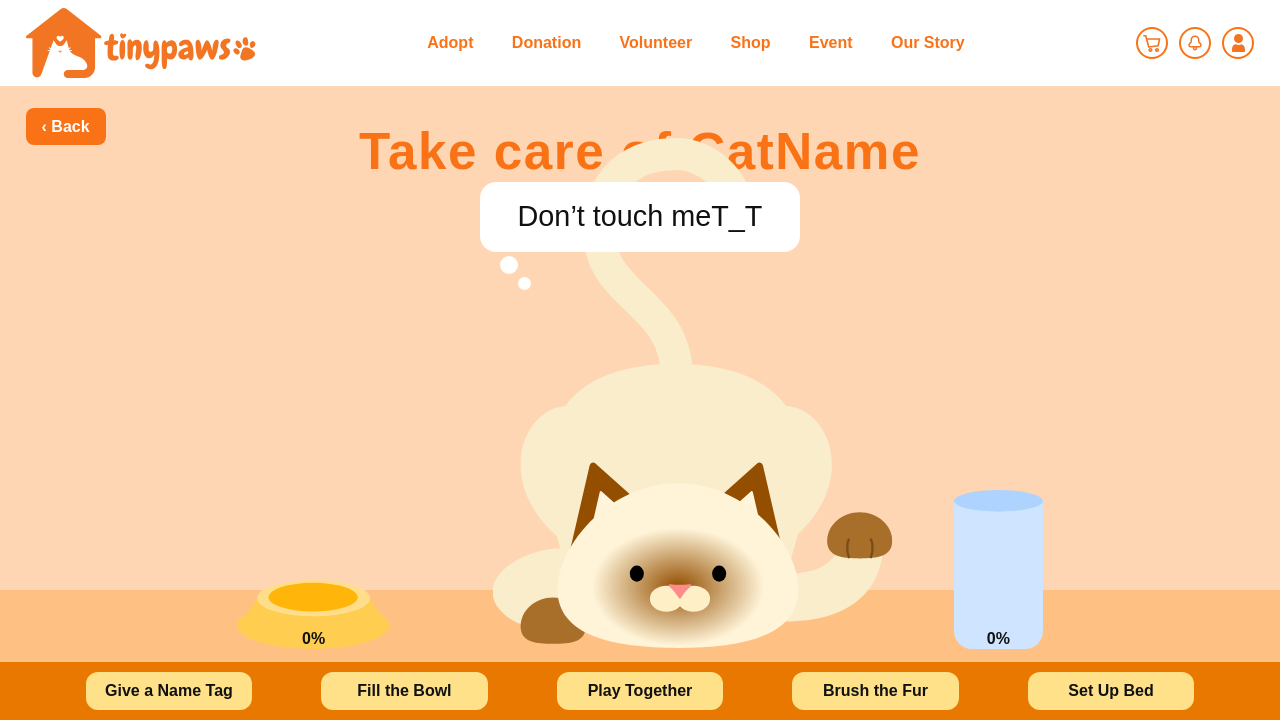
Repository: LShuyanLi/TinyPaws
Page: /, after clicking the first element matching `div > div`
These files come from the project's save history. The page is drawn as it stood at one moment and after a run of saves; the edit follows.
The browser window is 1280 px wide. The pictures show the whole page.
The project was rebuilt for these pictures with package versions that can differ from the ones it lists, and the page was loaded fresh each time. The framework's server and built-in components were replaced by stand-ins that run in the browser. Also part of the build but not shown: next.config.mjs.

Above is the page before, as saved 2026-05-09 23:49:49.

After the next 2 saves:
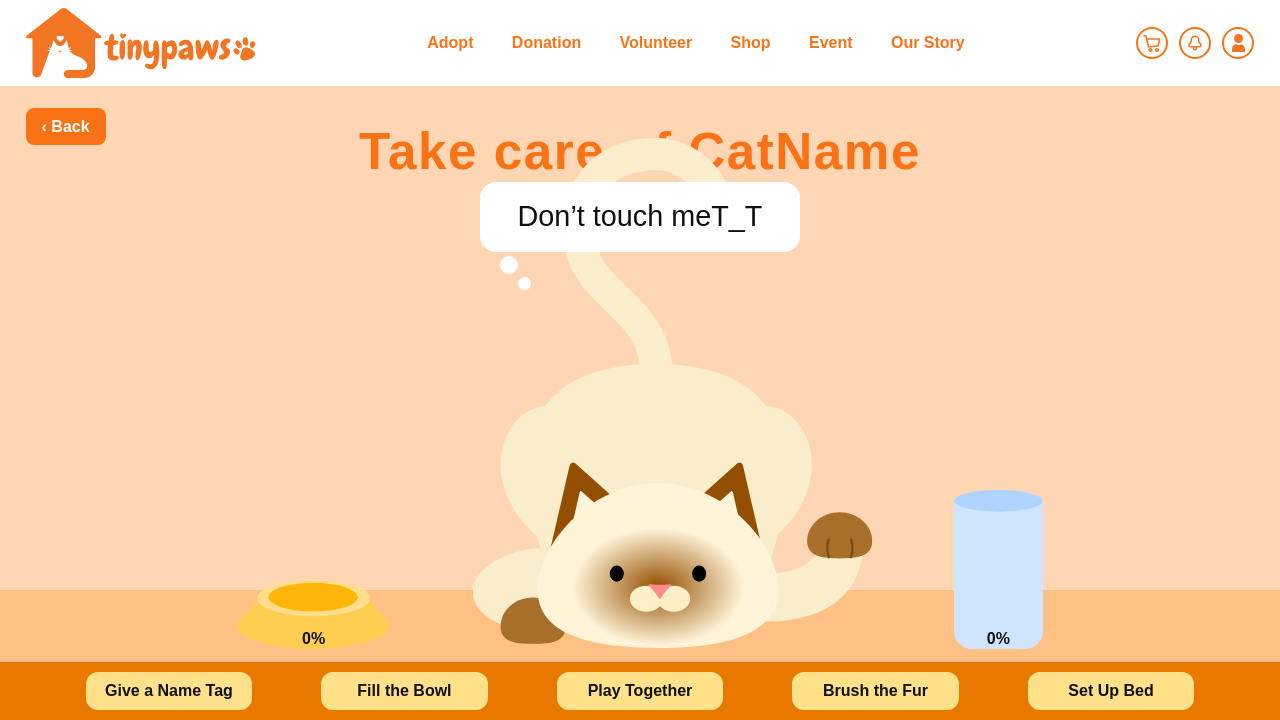
The 2 saves are shown as one change because they came seconds apart.
The last was saved 25 s later.
--- a/components/shared/CatDisplay.jsx
+++ b/components/shared/CatDisplay.jsx
@@ -33,7 +33,7 @@ export default function CatDisplay({
       ...catStyle,
       width: "120%",
       height: "120%",
-      left: "10px",
+      left: "-10px",
     }
 
   }
